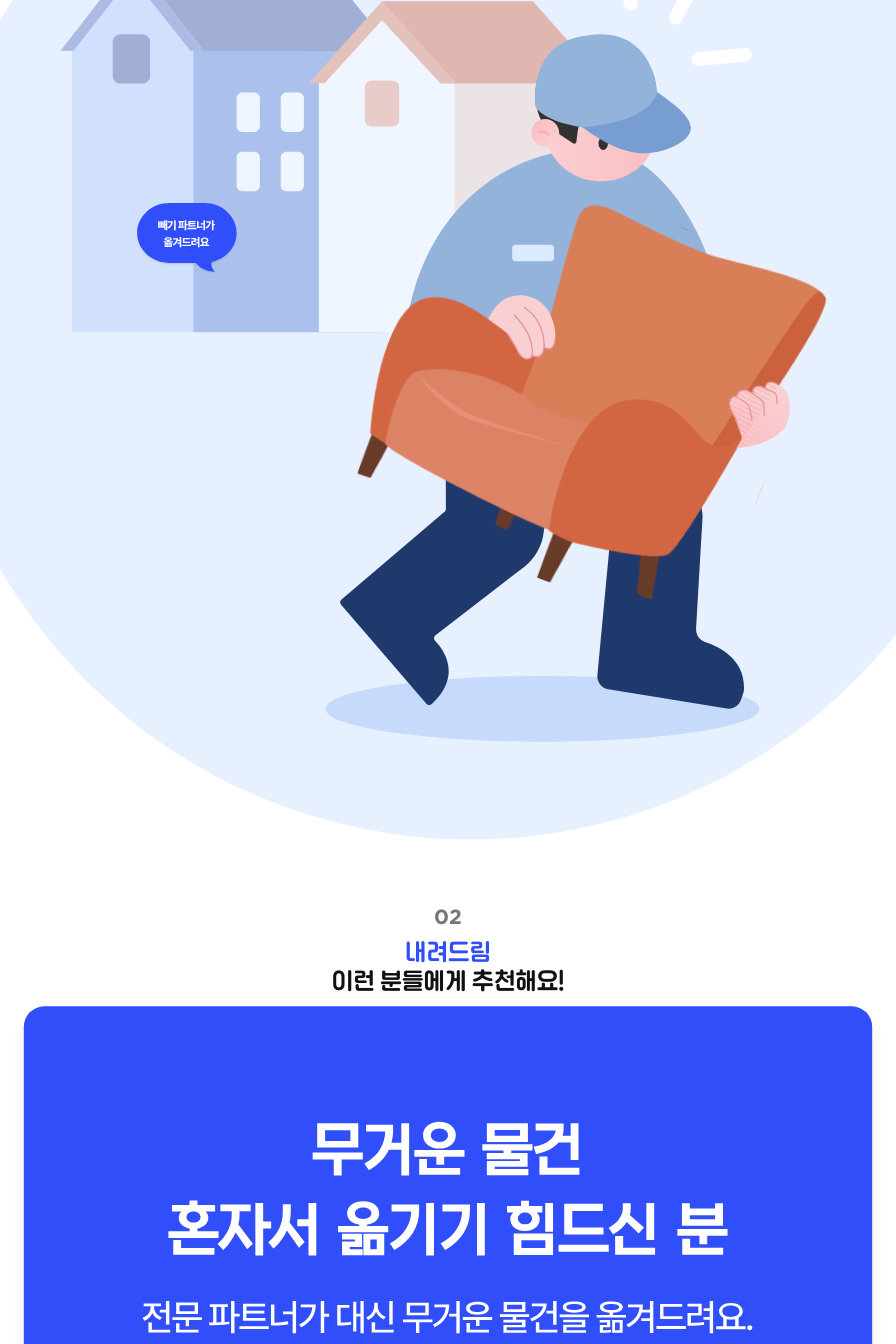
Repository: seraLeeDev/lgthinq-test
Page: index2.html
These files come from the project's save history. The page is drawn as it stood at one moment and after the next save; the edit follows.
The browser window is 1280 px wide. The pictures show the part of the page from y = 4175 to 6095 px (the page is 19105 px tall before and 19265 px after), at 70% of full size.
Some web fonts or font styles are not loaded; a fallback is used.

Above is the page before, as saved 2023-03-15 13:08:40.
Console error: ReferenceError: AOS is not defined

After the next save:
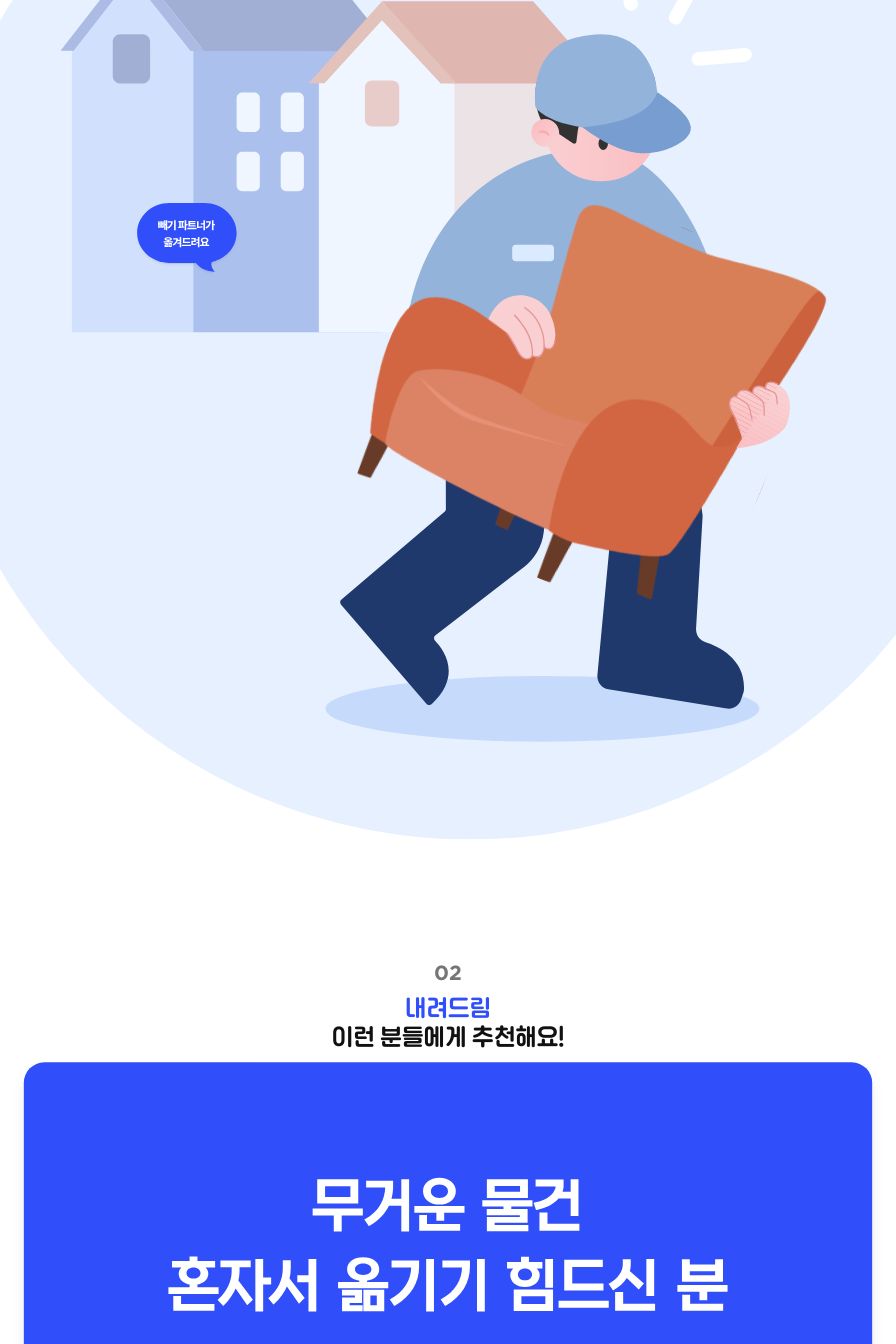
Saved 36 s later.
--- a/index2.html
+++ b/index2.html
@@ -125,7 +125,7 @@
           </div>
         </section>
         <!-- 02. 내려드림 추천 -->
-        <section>
+        <section class="section-wrap">
           <div class="box-content">
             <b class="index text-gray76">02</b>
             <h2 class="GGothic h2">

After the 6 saves that followed:
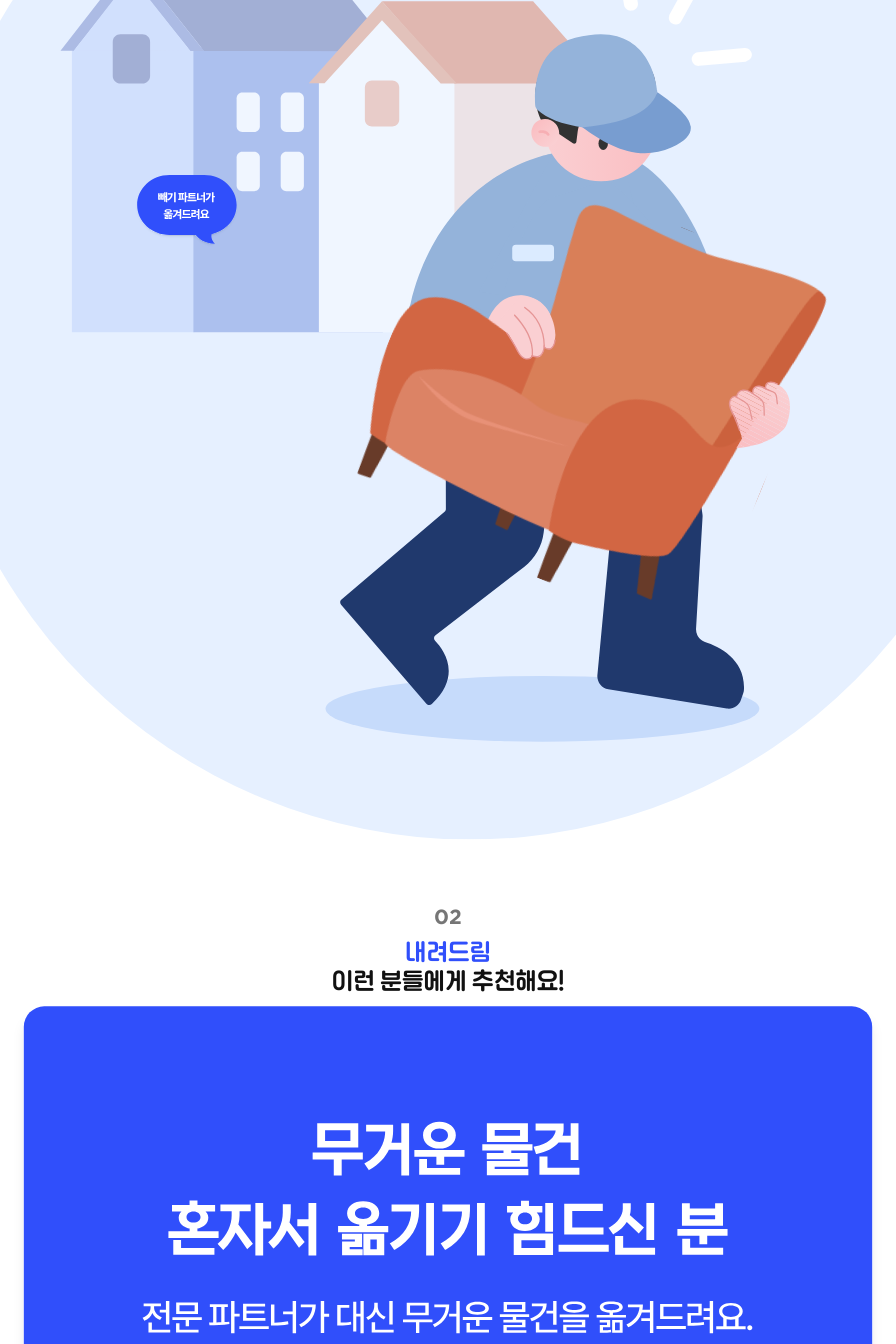
The 6 saves are shown as one change because 5 left the picture as it was.
The last was saved 102 s later.
--- a/index2.html
+++ b/index2.html
@@ -147,7 +147,7 @@
           </ul>
         </section>
         <!-- 03. 가격 설명 -->
-        <section class="bg-receipt">
+        <section class="bg-receipt section-wrap">
           <div class="box-content">
             <b class="index text-blue-04">03</b>
             <h2 class="GGothic h2">
@@ -170,7 +170,7 @@
           </ul>
         </section>
         <!-- 04. 내려드림 신청 방법 -->
-        <section class="bg-blue02">
+        <section class="bg-blue02 section-wrap">
           <div class="box-content">
             <b class="index text-blue-04">04</b>
             <h2 class="GGothic h2 text-white">내려드림 신청 방법</h2>
@@ -263,7 +263,7 @@
         </section>
       </article>
       <!-- 05 : 자주묻는 질문-->
-      <article class="bg-black">
+      <article class="bg-black section-wrap">
         <section>
           <div class="box-content">
             <b class="index text-blue-02">05</b>
--- a/css/style.css
+++ b/css/style.css
@@ -213,7 +213,7 @@ body,
   color: #fff;
 }
 .section-wrap {
-  padding: 80px 0;
+  padding: 80px 0 0;
 }
 /* article 1 style */
 .section-wrap {
@@ -275,7 +275,7 @@ body,
   flex-direction: column;
   justify-content: center;
   align-items: center;
-  padding: 70px 0;
+  padding: 70px 0 0;
 }
 .footer-logo p {
   font-size: 1.8rem;
